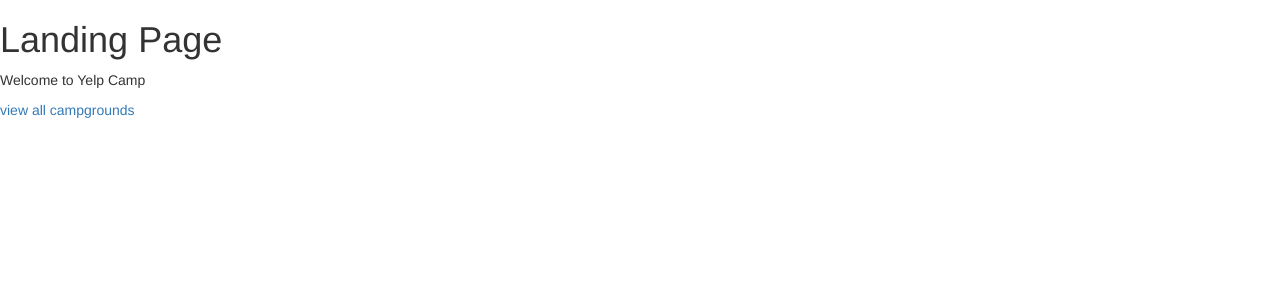
Repository: 19ycy91/myexercise
Page: http://localhost/
The author's editor kept a record of every edit. The page is drawn from the files as they stood at one moment, then again after the next edit.
The browser window is 1280 px wide. The pictures show the whole page.
The page is served by the project's Node server (YelpCamp/v1/app.js).

Above is the page before.

After the next edit:
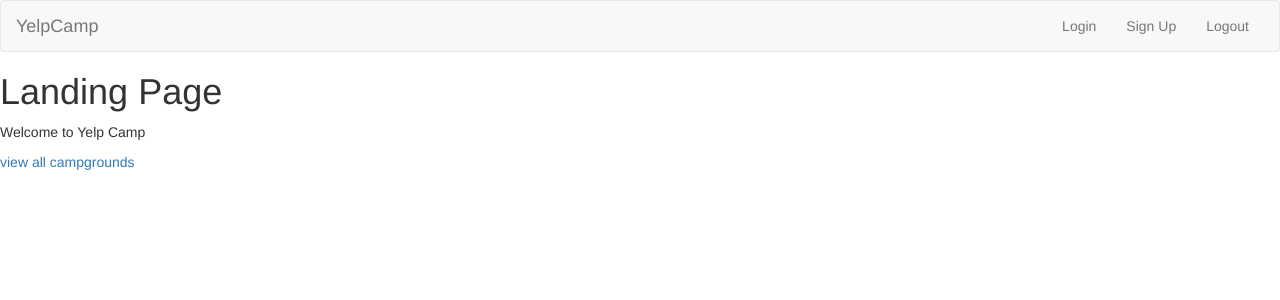
The edit:
--- a/6_Projects_UsingBackEndandRESTfulRoutes/workspace/YelpCamp/v1/views/partials/header.ejs
+++ b/6_Projects_UsingBackEndandRESTfulRoutes/workspace/YelpCamp/v1/views/partials/header.ejs
@@ -6,3 +6,18 @@
 
     </head>
     <body>
+
+    <nav class="navbar navbar-default">
+        <div class="container-fluid">
+            <div class="navbar-header">
+                <a class="navbar-brand" href="/">YelpCamp</a>
+            </div>
+            <div class="collapse navbar-collapse">
+                <ul class="nav navbar-nav navbar-right">
+                    <li><a href="/">Login</a></li>
+                    <li><a href="/">Sign Up</a></li>
+                    <li><a href="/">Logout</a></li>
+                </ul>
+            </div>
+        </div>
+    </nav>
